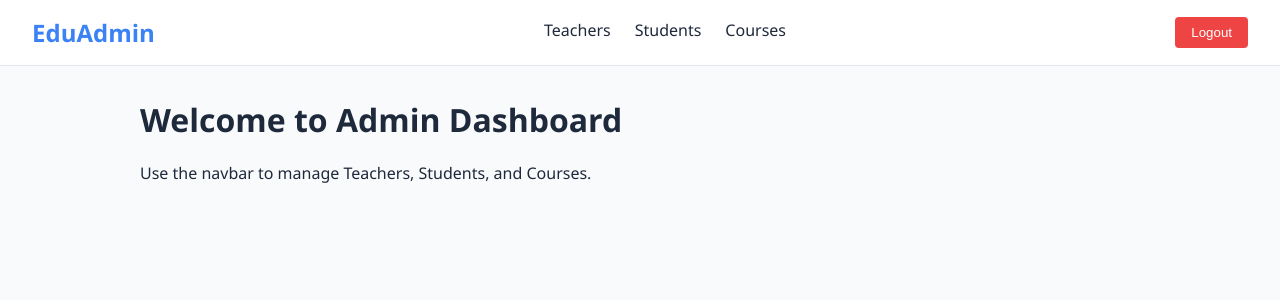
Repository: Fail2/Online-Classroom
Page: http://localhost/adminpanel/dashboard/
The author's editor kept a copy of each file at every save. The page is drawn from the files as they stood at one save, then again after the next save.
The browser window is 1280 px wide. The pictures show the whole page.
The page is served by the project's application, run on Django 5.2 (Edu_Frontend/manage.py). Other server files are loaded and not shown.

Above is the page before, as saved 2025-05-24 21:11:48.

### Education_Frontend/Edu_Frontend/adminpanel/templates/adminpanel/dashboard.html
{% extends 'adminpanel/base.html' %}

{% block content %}
    <h1>Welcome to Admin Dashboard</h1>
    <p>Use the navbar to manage Teachers, Students, and Courses.</p>
{% endblock %}

### Education_Frontend/Edu_Frontend/adminpanel/templates/adminpanel/base.html
<!DOCTYPE html>
<html lang="en">
<head>
    <meta charset="UTF-8">
    <title>{% block title %}Admin Panel{% endblock %}</title>

    <style>
        body {
            margin: 0;
            font-family: 'Segoe UI', Tahoma, Geneva, Verdana, sans-serif;
            background-color: #f8fafc;
            color: #1e293b;
        }

        .navbar {
            display: flex;
            justify-content: space-between;
            align-items: center;
            background-color: #ffffff;
            padding: 1rem 2rem;
            border-bottom: 1px solid #e2e8f0;
            flex-wrap: wrap;
        }

        .navbar-left .brand {
            font-size: 1.5rem;
            font-weight: bold;
            color: #3b82f6;
            text-decoration: none;
        }

        .navbar-center {
            display: flex;
            gap: 1.5rem;
        }

        .navbar-center a {
            color: #1e293b;
            text-decoration: none;
            font-weight: 500;
            padding-bottom: 4px;
            border-bottom: 2px solid transparent;
            transition: all 0.3s;
        }

        .navbar-center a:hover {
            color: #2563eb;
            border-color: #93c5fd;
        }

        .navbar-center a.active {
            color: #2563eb;
            border-bottom: 2px solid #2563eb;
        }

        .navbar-right form {
            margin: 0;
        }

        .logout-btn {
            padding: 0.5rem 1rem;
            background-color: #ef4444;
            border: none;
            color: white;
            border-radius: 4px;
            cursor: pointer;
            font-weight: 500;
            transition: background 0.3s;
        }

        .logout-btn:hover {
            background-color: #dc2626;
        }

        @media (max-width: 768px) {
            .navbar {
                flex-direction: column;
                align-items: flex-start;
                gap: 1rem;
            }

            .navbar-center {
                flex-direction: column;
                gap: 0.75rem;
                width: 100%;
            }

            .navbar-right {
                width: 100%;
                text-align: left;
            }
        }

        .container {
            max-width: 1000px;
            margin: 2rem auto;
            padding: 0 1rem;
        }
    </style>

    {% block extra_css %}{% endblock %}
</head>
<body>

    <!-- Navbar -->
    <nav class="navbar">
        <div class="navbar-left">
            <a href="{% url 'admin-dashboard' %}" class="brand">EduAdmin</a>
        </div>
        <div class="navbar-center">
            <a href="{% url 'teacher-list' %}" class="{% if request.resolver_match.url_name == 'teacher-list' %}active{% endif %}">Teachers</a>
            <a href="{% url 'student-list' %}" class="{% if request.resolver_match.url_name == 'student-list' %}active{% endif %}">Students</a>
            <a href="{% url 'course-list' %}" class="{% if request.resolver_match.url_name == 'course-list' %}active{% endif %}">Courses</a>
        </div>
        <div class="navbar-right">
            <form action="{% url 'admin-logout' %}" method="post">
                {% csrf_token %}
                <button type="submit" class="logout-btn">Logout</button>
            </form>
        </div>
    </nav>

    <!-- Page Content -->
    <div class="container">
        {% block content %}
        {% endblock %}
    </div>

    {% block extra_script %}{% endblock %}
</body>
</html>

### Education_Frontend/Edu_Frontend/adminpanel/views.py
from django.shortcuts import render,redirect
import requests
from .forms import AdminRegisterForm,AdminLoginForm
# Create your views here.

BACKEND_URL = 'http://127.0.0.1:8000/api/'  # Backend URL

def admin_login(request):
    form = AdminLoginForm(request.POST or None)
    if request.method =='POST' and form.is_valid():
        response = requests.post(BACKEND_URL + 'token/',data ={
            'username': form.cleaned_data['username'],
            'password': form.cleaned_data['password'],
        })
        if response.status_code == 200:
            tokens = response.json()
            request.session['access'] = tokens['access']
            return redirect('admin-dashboard')  # target dashboard
        else :
            print("🚨 Backend Error:", response.status_code, response.text)  # 👈 ADD THIS
            error = "Invalid credentials"
    return render(request,'adminpanel/login.html',{'form':form})

def admin_register(request):
    form = AdminRegisterForm(request.POST or None)
    error = None
    if request.method == 'POST' and form.is_valid():
        response = requests.post(BACKEND_URL + 'accounts/users/', json ={
            'username': form.cleaned_data['username'],
            'email': form.cleaned_data['email'],
            'password': form.cleaned_data['password'],
            'role':'ADMIN'
        })

        if response.status_code in [200,201]:
            return redirect('admin_login')
        else:
            print("🚨 Backend Error:", response.status_code, response.text)  # 👈 ADD THIS
            error = 'Somethings wrong!'

    return render(request,'adminpanel/register.html', {'form':form})

def admin_dashboard(request):
    return render(request, 'adminpanel/dashboard.html')

def teacher_list(request):
    return render(request, 'adminpanel/teachers.html')

def student_list(request):
    return render(request, 'adminpanel/students.html')

def course_list(request):
    return render(request, 'adminpanel/courses.html')

def admin_logout(request):
    # You can handle token removal or redirect to login here
    return redirect('admin_login')

### Education_Frontend/Edu_Frontend/Edu_Frontend/urls.py
"""
URL configuration for Edu_Frontend project.

The `urlpatterns` list routes URLs to views. For more information please see:
    https://docs.djangoproject.com/en/5.2/topics/http/urls/
Examples:
Function views
    1. Add an import:  from my_app import views
    2. Add a URL to urlpatterns:  path('', views.home, name='home')
Class-based views
    1. Add an import:  from other_app.views import Home
    2. Add a URL to urlpatterns:  path('', Home.as_view(), name='home')
Including another URLconf
    1. Import the include() function: from django.urls import include, path
    2. Add a URL to urlpatterns:  path('blog/', include('blog.urls'))
"""
from django.contrib import admin
from django.urls import path,include

urlpatterns = [
    path('admin/', admin.site.urls),
    path('adminpanel/',include('adminpanel.urls')),
]

### Education_Frontend/Edu_Frontend/adminpanel/urls.py
from django.contrib import admin
from django.urls import path,include
from . import views
urlpatterns = [
    path('login/',views.admin_login,name = 'admin-login'),
    path('register/',views.admin_register,name = 'admin-register'),
    path('dashboard/', views.admin_dashboard, name='admin-dashboard'),
    path('teachers/', views.teacher_list, name='teacher-list'),
    path('students/', views.student_list, name='student-list'),
    path('courses/', views.course_list, name='course-list'),
    path('logout/', views.admin_logout, name='admin-logout'),
]

After the next save:
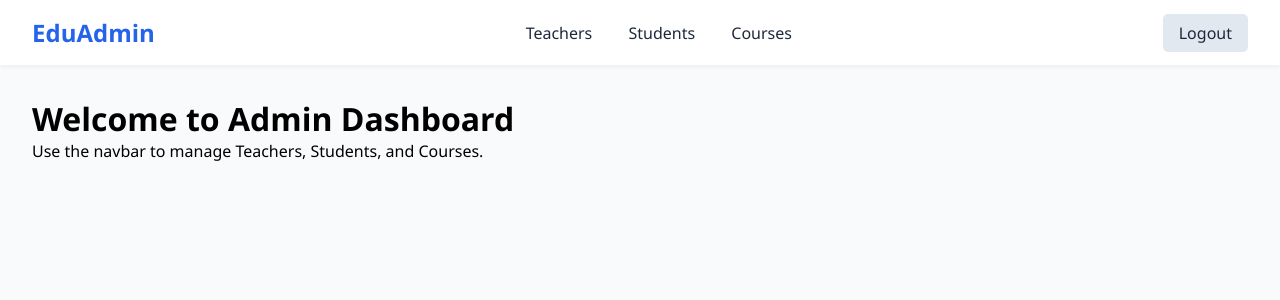
Saved 4 min 36 s later.
--- a/Education_Frontend/Edu_Frontend/adminpanel/templates/adminpanel/base.html
+++ b/Education_Frontend/Edu_Frontend/adminpanel/templates/adminpanel/base.html
@@ -2,126 +2,97 @@
 <html lang="en">
 <head>
     <meta charset="UTF-8">
-    <title>{% block title %}Admin Panel{% endblock %}</title>
+    <title>{% block title %}Admin Dashboard{% endblock %}</title>
+    <style>
+        /* Reset some default styles */
+        * {
+            margin: 0;
+            padding: 0;
+            box-sizing: border-box;
+        }
 
-    <style>
         body {
-            margin: 0;
             font-family: 'Segoe UI', Tahoma, Geneva, Verdana, sans-serif;
             background-color: #f8fafc;
-            color: #1e293b;
         }
 
+        /* Navbar styling */
         .navbar {
+            background-color: #ffffff;
             display: flex;
             justify-content: space-between;
             align-items: center;
-            background-color: #ffffff;
             padding: 1rem 2rem;
-            border-bottom: 1px solid #e2e8f0;
-            flex-wrap: wrap;
+            box-shadow: 0 2px 4px rgba(0, 0, 0, 0.05);
         }
 
-        .navbar-left .brand {
+        .navbar-left h1 {
+            color: #2563eb;
             font-size: 1.5rem;
-            font-weight: bold;
-            color: #3b82f6;
-            text-decoration: none;
-        }
-
-        .navbar-center {
-            display: flex;
-            gap: 1.5rem;
         }
 
         .navbar-center a {
+            margin: 0 1rem;
+            text-decoration: none;
             color: #1e293b;
-            text-decoration: none;
             font-weight: 500;
             padding-bottom: 4px;
             border-bottom: 2px solid transparent;
-            transition: all 0.3s;
+            transition: all 0.3s ease;
         }
 
         .navbar-center a:hover {
             color: #2563eb;
             border-color: #93c5fd;
+            text-decoration: none;
         }
 
         .navbar-center a.active {
             color: #2563eb;
             border-bottom: 2px solid #2563eb;
+            text-decoration: none;
         }
 
-        .navbar-right form {
-            margin: 0;
+        .navbar-right a {
+            text-decoration: none;
+            color: #1e293b;
+            background-color: #e2e8f0;
+            padding: 0.5rem 1rem;
+            border-radius: 5px;
+            transition: background-color 0.3s;
         }
 
-        .logout-btn {
-            padding: 0.5rem 1rem;
-            background-color: #ef4444;
-            border: none;
-            color: white;
-            border-radius: 4px;
-            cursor: pointer;
-            font-weight: 500;
-            transition: background 0.3s;
+        .navbar-right a:hover {
+            background-color: #cbd5e1;
+            color: #2563eb;
         }
 
-        .logout-btn:hover {
-            background-color: #dc2626;
-        }
-
-        @media (max-width: 768px) {
-            .navbar {
-                flex-direction: column;
-                align-items: flex-start;
-                gap: 1rem;
-            }
-
-            .navbar-center {
-                flex-direction: column;
-                gap: 0.75rem;
-                width: 100%;
-            }
-
-            .navbar-right {
-                width: 100%;
-                text-align: left;
-            }
-        }
-
-        .container {
-            max-width: 1000px;
-            margin: 2rem auto;
-            padding: 0 1rem;
+        /* Content area */
+        .content {
+            padding: 2rem;
         }
     </style>
 
     {% block extra_css %}{% endblock %}
 </head>
 <body>
-
     <!-- Navbar -->
-    <nav class="navbar">
+    <div class="navbar">
         <div class="navbar-left">
-            <a href="{% url 'admin-dashboard' %}" class="brand">EduAdmin</a>
+            <h1>EduAdmin</h1>
         </div>
         <div class="navbar-center">
-            <a href="{% url 'teacher-list' %}" class="{% if request.resolver_match.url_name == 'teacher-list' %}active{% endif %}">Teachers</a>
-            <a href="{% url 'student-list' %}" class="{% if request.resolver_match.url_name == 'student-list' %}active{% endif %}">Students</a>
-            <a href="{% url 'course-list' %}" class="{% if request.resolver_match.url_name == 'course-list' %}active{% endif %}">Courses</a>
+            <a href="{% url 'teacher-list' %}">Teachers</a>
+            <a href="{% url 'student-list' %}">Students</a>
+            <a href="{% url 'course-list' %}">Courses</a>
         </div>
         <div class="navbar-right">
-            <form action="{% url 'admin-logout' %}" method="post">
-                {% csrf_token %}
-                <button type="submit" class="logout-btn">Logout</button>
-            </form>
+            <a href="{% url 'admin-logout' %}">Logout</a>
         </div>
-    </nav>
+    </div>
 
-    <!-- Page Content -->
-    <div class="container">
+    <!-- Main Content -->
+    <div class="content">
         {% block content %}
         {% endblock %}
     </div>

After the save that followed:
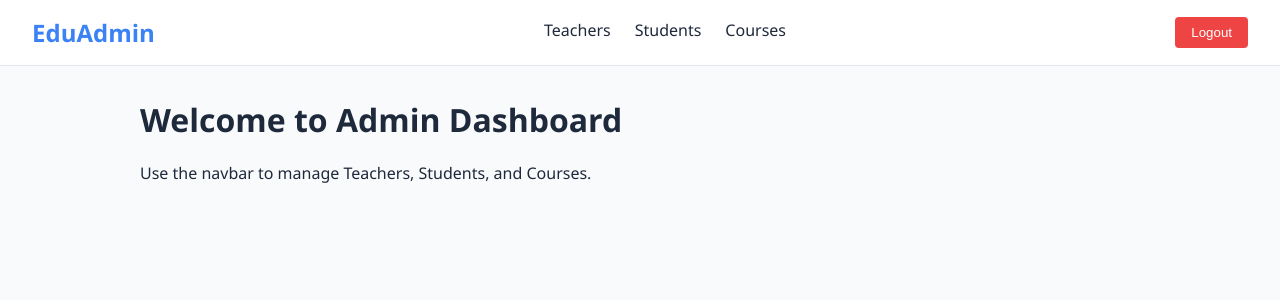
Saved 38 s later.
--- a/Education_Frontend/Edu_Frontend/adminpanel/templates/adminpanel/base.html
+++ b/Education_Frontend/Edu_Frontend/adminpanel/templates/adminpanel/base.html
@@ -2,97 +2,126 @@
 <html lang="en">
 <head>
     <meta charset="UTF-8">
-    <title>{% block title %}Admin Dashboard{% endblock %}</title>
+    <title>{% block title %}Admin Panel{% endblock %}</title>
+
     <style>
-        /* Reset some default styles */
-        * {
+        body {
             margin: 0;
-            padding: 0;
-            box-sizing: border-box;
+            font-family: 'Segoe UI', Tahoma, Geneva, Verdana, sans-serif;
+            background-color: #f8fafc;
+            color: #1e293b;
         }
 
-        body {
-            font-family: 'Segoe UI', Tahoma, Geneva, Verdana, sans-serif;
-            background-color: #f8fafc;
-        }
-
-        /* Navbar styling */
         .navbar {
-            background-color: #ffffff;
             display: flex;
             justify-content: space-between;
             align-items: center;
+            background-color: #ffffff;
             padding: 1rem 2rem;
-            box-shadow: 0 2px 4px rgba(0, 0, 0, 0.05);
+            border-bottom: 1px solid #e2e8f0;
+            flex-wrap: wrap;
         }
 
-        .navbar-left h1 {
-            color: #2563eb;
+        .navbar-left .brand {
             font-size: 1.5rem;
+            font-weight: bold;
+            color: #3b82f6;
+            text-decoration: none;
+        }
+
+        .navbar-center {
+            display: flex;
+            gap: 1.5rem;
         }
 
         .navbar-center a {
-            margin: 0 1rem;
+            color: #1e293b;
             text-decoration: none;
-            color: #1e293b;
             font-weight: 500;
             padding-bottom: 4px;
             border-bottom: 2px solid transparent;
-            transition: all 0.3s ease;
+            transition: all 0.3s;
         }
 
         .navbar-center a:hover {
             color: #2563eb;
             border-color: #93c5fd;
-            text-decoration: none;
         }
 
         .navbar-center a.active {
             color: #2563eb;
             border-bottom: 2px solid #2563eb;
-            text-decoration: none;
         }
 
-        .navbar-right a {
-            text-decoration: none;
-            color: #1e293b;
-            background-color: #e2e8f0;
-            padding: 0.5rem 1rem;
-            border-radius: 5px;
-            transition: background-color 0.3s;
+        .navbar-right form {
+            margin: 0;
         }
 
-        .navbar-right a:hover {
-            background-color: #cbd5e1;
-            color: #2563eb;
+        .logout-btn {
+            padding: 0.5rem 1rem;
+            background-color: #ef4444;
+            border: none;
+            color: white;
+            border-radius: 4px;
+            cursor: pointer;
+            font-weight: 500;
+            transition: background 0.3s;
         }
 
-        /* Content area */
-        .content {
-            padding: 2rem;
+        .logout-btn:hover {
+            background-color: #dc2626;
+        }
+
+        @media (max-width: 768px) {
+            .navbar {
+                flex-direction: column;
+                align-items: flex-start;
+                gap: 1rem;
+            }
+
+            .navbar-center {
+                flex-direction: column;
+                gap: 0.75rem;
+                width: 100%;
+            }
+
+            .navbar-right {
+                width: 100%;
+                text-align: left;
+            }
+        }
+
+        .container {
+            max-width: 1000px;
+            margin: 2rem auto;
+            padding: 0 1rem;
         }
     </style>
 
     {% block extra_css %}{% endblock %}
 </head>
 <body>
+
     <!-- Navbar -->
-    <div class="navbar">
+    <nav class="navbar">
         <div class="navbar-left">
-            <h1>EduAdmin</h1>
+            <a href="{% url 'admin-dashboard' %}" class="brand">EduAdmin</a>
         </div>
         <div class="navbar-center">
-            <a href="{% url 'teacher-list' %}">Teachers</a>
-            <a href="{% url 'student-list' %}">Students</a>
-            <a href="{% url 'course-list' %}">Courses</a>
+            <a href="{% url 'teacher-list' %}" class="{% if request.resolver_match.url_name == 'teacher-list' %}active{% endif %}">Teachers</a>
+            <a href="{% url 'student-list' %}" class="{% if request.resolver_match.url_name == 'student-list' %}active{% endif %}">Students</a>
+            <a href="{% url 'course-list' %}" class="{% if request.resolver_match.url_name == 'course-list' %}active{% endif %}">Courses</a>
         </div>
         <div class="navbar-right">
-            <a href="{% url 'admin-logout' %}">Logout</a>
+            <form action="{% url 'admin-logout' %}" method="post">
+                {% csrf_token %}
+                <button type="submit" class="logout-btn">Logout</button>
+            </form>
         </div>
-    </div>
+    </nav>
 
-    <!-- Main Content -->
-    <div class="content">
+    <!-- Page Content -->
+    <div class="container">
         {% block content %}
         {% endblock %}
     </div>
